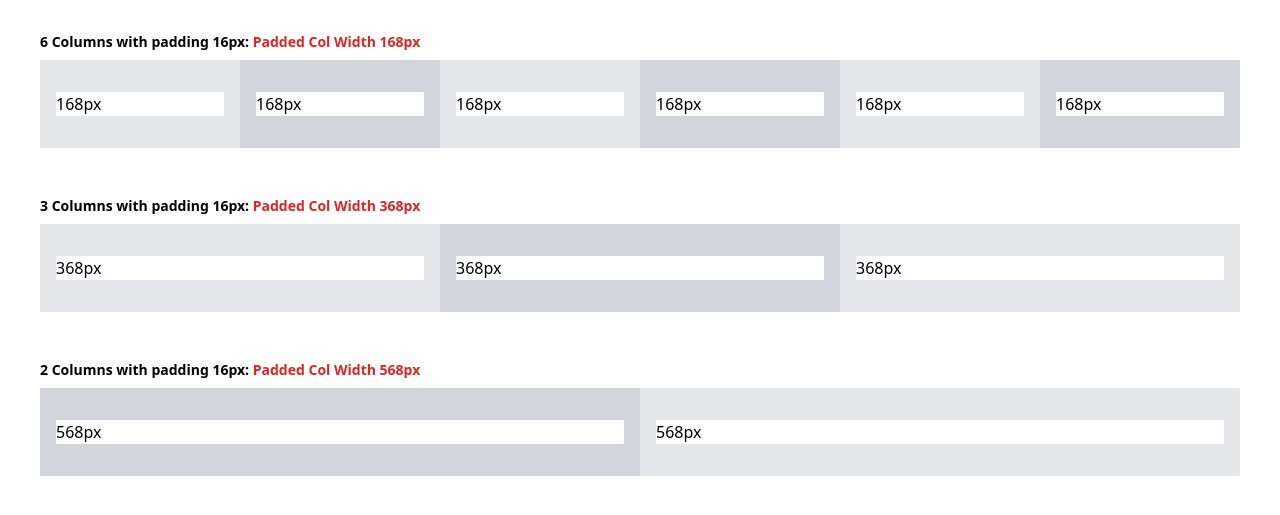
Repository: fabianwurk/vue-tailwind
Page: /
These files come from the project's save history. The page is drawn as it stood at one moment and after the next save; the edit follows.
The browser window is 1280 px wide. The pictures show the whole page.
The project was rebuilt for these pictures with package versions that can differ from the ones it lists, and the page was loaded fresh each time. Also part of the build but not shown: vite.config.js.

Above is the page before, as saved 2021-03-15 23:56:52.

After the next save:
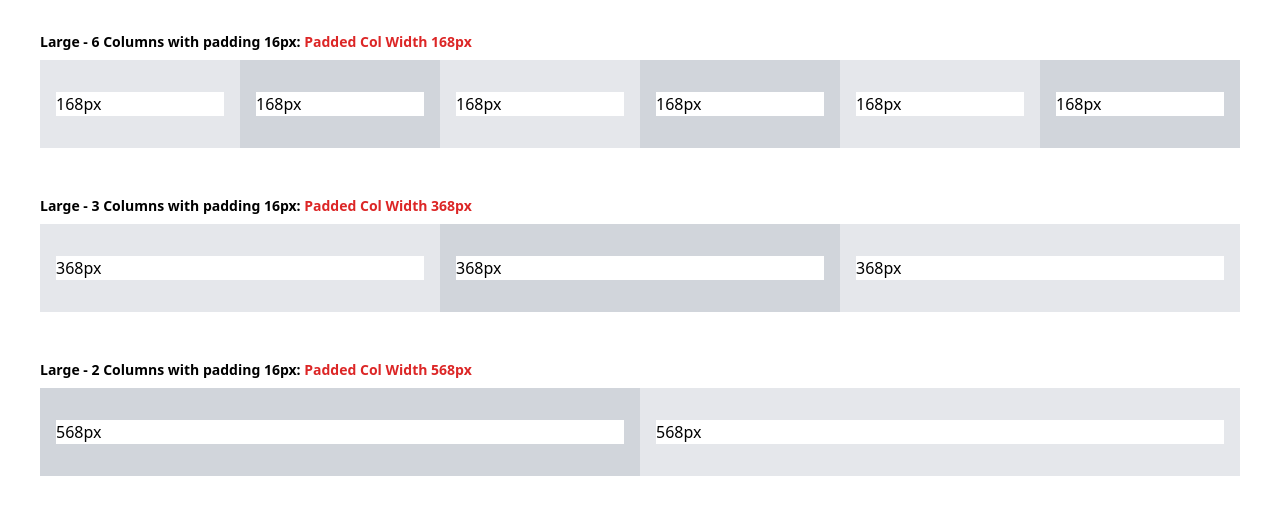
Saved 83 s later.
--- a/src/components/Tail.vue
+++ b/src/components/Tail.vue
@@ -2,7 +2,7 @@
   <div>
 
   <div class="container mx-auto">
-    <h2 class="text-sm font-bold mb-2 mt-8">6 Columns with padding 16px: <span class="text-red-600">Padded Col Width {{ sixCol }}</span></h2>
+    <h2 class="text-sm font-bold mb-2 mt-8">Large - 6 Columns with padding 16px: <span class="text-red-600">Padded Col Width {{ sixCol }}</span></h2>
     <div class="flex items-center">
       <div class="w-1/6 bg-gray-200 mb-4 mt-0 py-8 px-4">
         <span class="bg-white w-full block">{{ sixCol }}</span>
@@ -26,7 +26,7 @@
   </div>
 
   <div class="container mx-auto">
-    <h2 class="text-sm font-bold mb-2 mt-8">3 Columns with padding 16px: <span class="text-red-600">Padded Col Width {{ threeCol }}</span></h2>
+    <h2 class="text-sm font-bold mb-2 mt-8">Large - 3 Columns with padding 16px: <span class="text-red-600">Padded Col Width {{ threeCol }}</span></h2>
     <div class="flex items-center">
       <div class="w-1/3 bg-gray-200 mb-4 mt-0 py-8 px-4">
         <span class="bg-white w-full block">{{ threeCol }}</span>
@@ -41,7 +41,7 @@
   </div>
 
   <div class="container mx-auto">
-    <h2 class="text-sm font-bold mb-2 mt-8">2 Columns with padding 16px: <span class="text-red-600">Padded Col Width {{ twoCol }}</span></h2>
+    <h2 class="text-sm font-bold mb-2 mt-8">Large - 2 Columns with padding 16px: <span class="text-red-600">Padded Col Width {{ twoCol }}</span></h2>
     <div class="flex items-center">
       <div class="w-1/2 bg-gray-300 mb-4 mt-0 py-8 px-4">
         <span class="bg-white w-full block">{{ twoCol }}</span>
